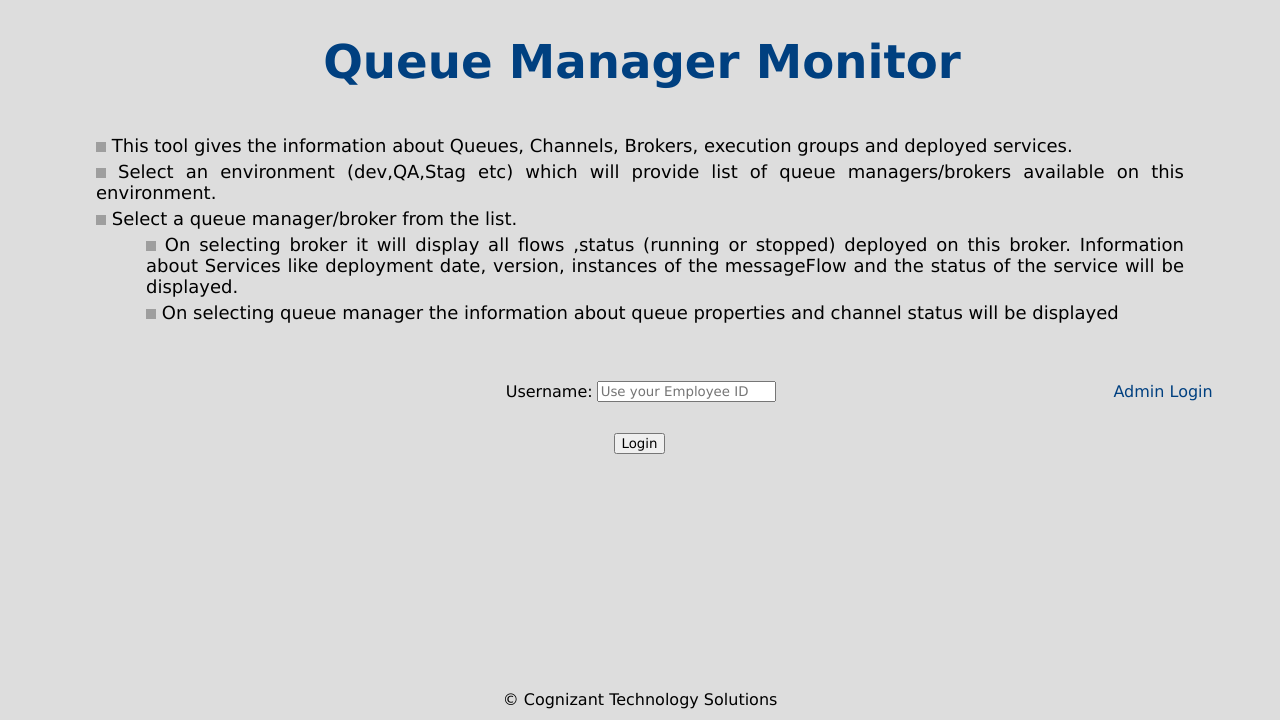
Repository: aarjavshah/ArjavProjects
Page: http://localhost/QmMonitor/
The author's editor kept a copy of each file at every save. The page is drawn from the files as they stood at one save, then again after the next save.
The browser window is 1280 px wide. The pictures show the whole page.
Pictures or frames that could not be fetched are drawn as grey boxes. The page is served by Tomcat 9.

Above is the page before, as saved 2016-11-28 15:17:28.

After the next save:
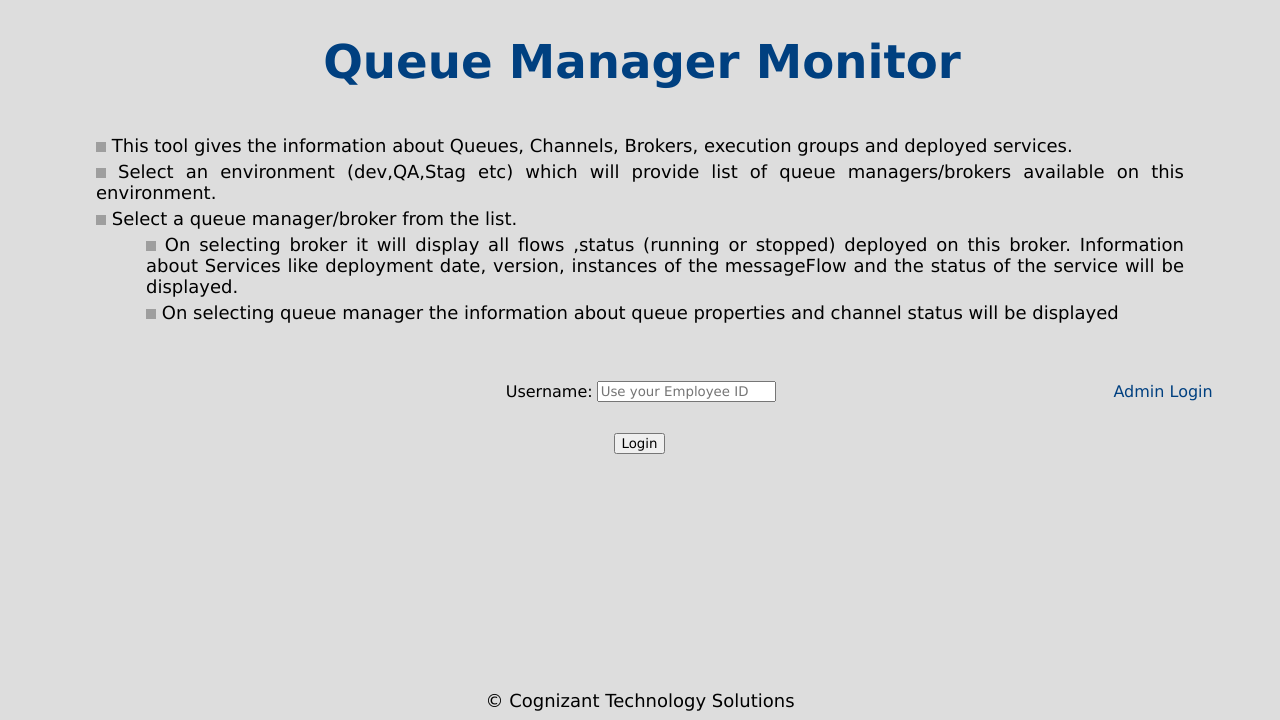
Saved 10 s later.
--- a/Java/ToolOct27ABN_Temp/QmMonitor/WebContent/collapse.css
+++ b/Java/ToolOct27ABN_Temp/QmMonitor/WebContent/collapse.css
@@ -291,5 +291,5 @@ width: 500px;
    bottom:0px;
    height:30px;
    width:100%;
-   font-size: medium;
-}
+   font-size: large;
+}
